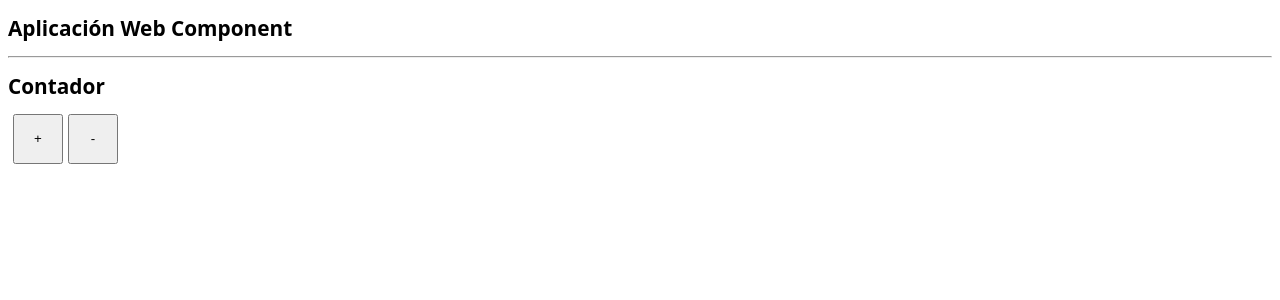
Repository: maxTech2019/Lab-react-C12024
Page: /
These files come from the project's save history. The page is drawn as it stood at one moment and after the next save; the edit follows.
The browser window is 1280 px wide. The pictures show the whole page.
The project was rebuilt for these pictures with package versions that can differ from the ones it lists, and the page was loaded fresh each time. Also part of the build but not shown: vite.config.js, src/component/Productos.jsx.

Above is the page before, as saved 2024-06-04 17:05:14.

After the next save:
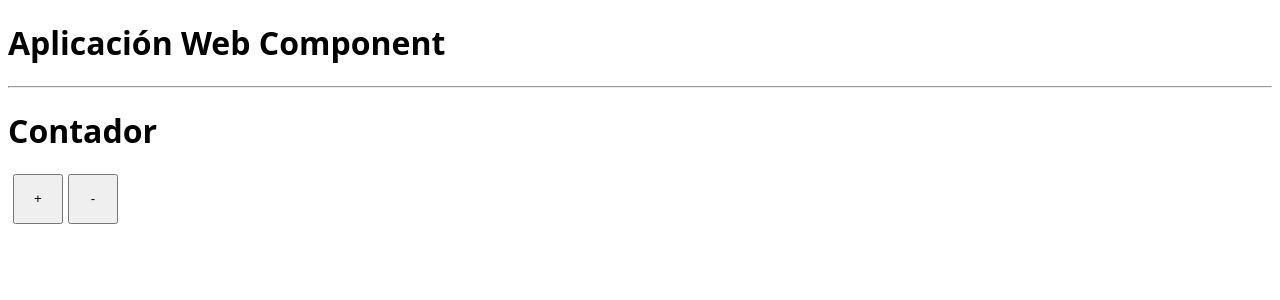
Saved 8 s later.
--- a/src/css/estilos_contuseEffect.css
+++ b/src/css/estilos_contuseEffect.css
@@ -5,5 +5,5 @@
  }
  h1{
     font-family: system-ui;
-    font-size: 1.3em;
+    font-size: 2em;
  }
